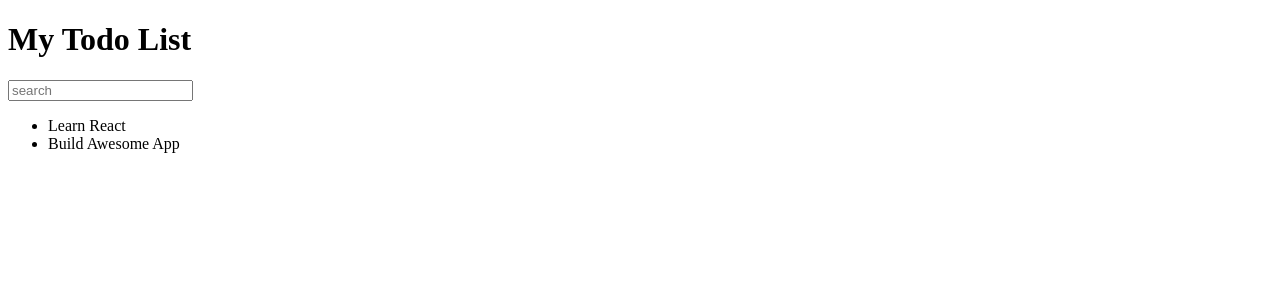
Repository: max535/react-todo-list
Page: /
An editor plug-in stored every save of this project. The page is shown before and after the next save, followed by the edit.
The browser window is 1280 px wide. The pictures show the whole page.
The project was rebuilt for these pictures with package versions that can differ from the ones it lists, and the page was loaded fresh each time.

Above is the page before, as saved 2022-01-15 20:35:36.

### public/index.html
<!DOCTYPE html>
<html>
  <head>
    <meta charset="utf-8" />
    <meta
      name="viewport"
      content="width=device-width, initial-scale=1" />
    <title>Todo App</title>
  </head>
  <body>
      <div id="root"></div>
  </body>
</html>

### src/index.js
import React from 'react';
import ReactDOM from 'react-dom';

const ToddList = () => {
    return (
        <ul>
            <li>Learn React</li>
            <li>Build Awesome App</li>
        </ul>
    );
}

const AppHeader = () => {
    return (
        <h1>My Todo List</h1>
    );
}

const el = (
    <div>
        <AppHeader />
        <input placeholder="search" />
        <ToddList />
    </div>
);

ReactDOM.render(
    el,
    document.getElementById('root')
);

After the next save:
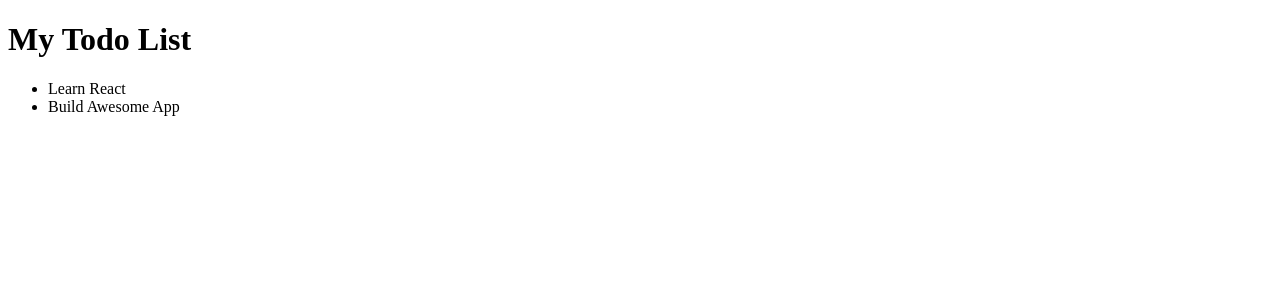
Saved 29 s later.
--- a/src/index.js
+++ b/src/index.js
@@ -16,10 +16,15 @@
     );
 }
 
+const SearchPane = () => {
+    return (
+        <input placeholder="search" />
+    );
+}
+
 const el = (
     <div>
         <AppHeader />
-        <input placeholder="search" />
         <ToddList />
     </div>
 );

After the save that followed:
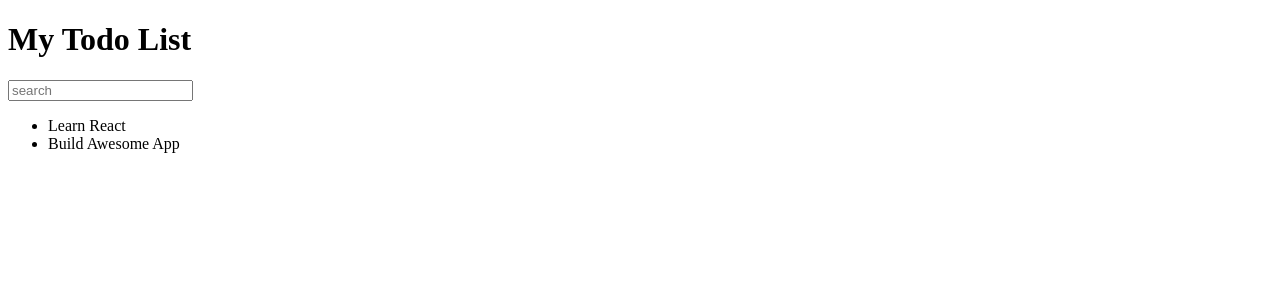
Saved 28 s later.
--- a/src/index.js
+++ b/src/index.js
@@ -16,7 +16,7 @@
     );
 }
 
-const SearchPane = () => {
+const SearchPanel = () => {
     return (
         <input placeholder="search" />
     );
@@ -25,6 +25,7 @@
 const el = (
     <div>
         <AppHeader />
+        <SearchPanel />
         <ToddList />
     </div>
 );
